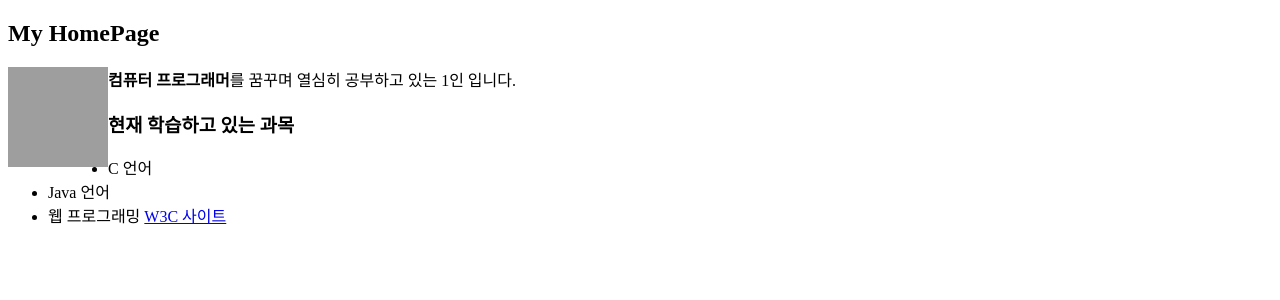
Repository: dhbaek2004/JSPex
Page: http://localhost/UX/MyHomePage.jsp
These files come from the project's save history. The page is drawn as it stood at one moment and after the next save; the edit follows.
The browser window is 1280 px wide. The pictures show the whole page.
Pictures or frames that could not be fetched are drawn as grey boxes. The page is served by Tomcat 9.

Above is the page before, as saved 2020-08-26 07:19:43.

After the next save:
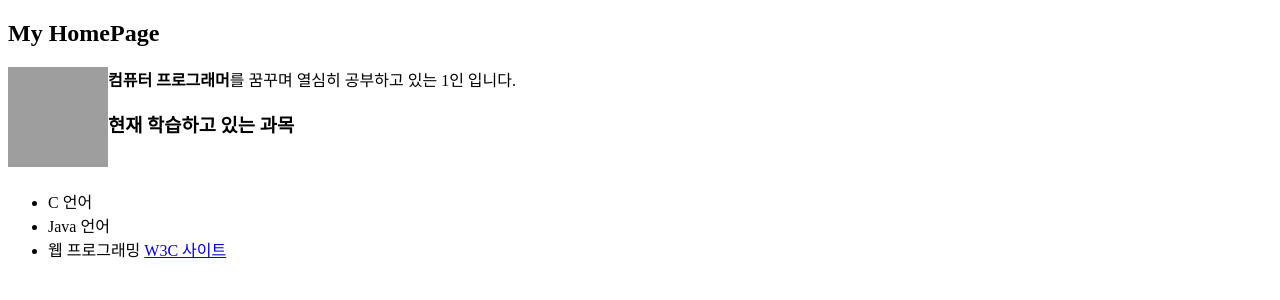
Saved 10 s later.
--- a/Infrearn/UX/UX/WebContent/MyHomePage.jsp
+++ b/Infrearn/UX/UX/WebContent/MyHomePage.jsp
@@ -11,7 +11,7 @@
 	<img src="americano.jpg" width="100" height="100" align="left">
 	<strong>컴퓨터 프로그래머</strong>를 꿈꾸며 열심히 공부하고 있는 1인 입니다. <br>
 
-	<h3>현재 학습하고 있는 과목</h3>
+	<h3>현재 학습하고 있는 과목</h3> <br>
 
 	<ul>
 		<li>C 언어</li>
